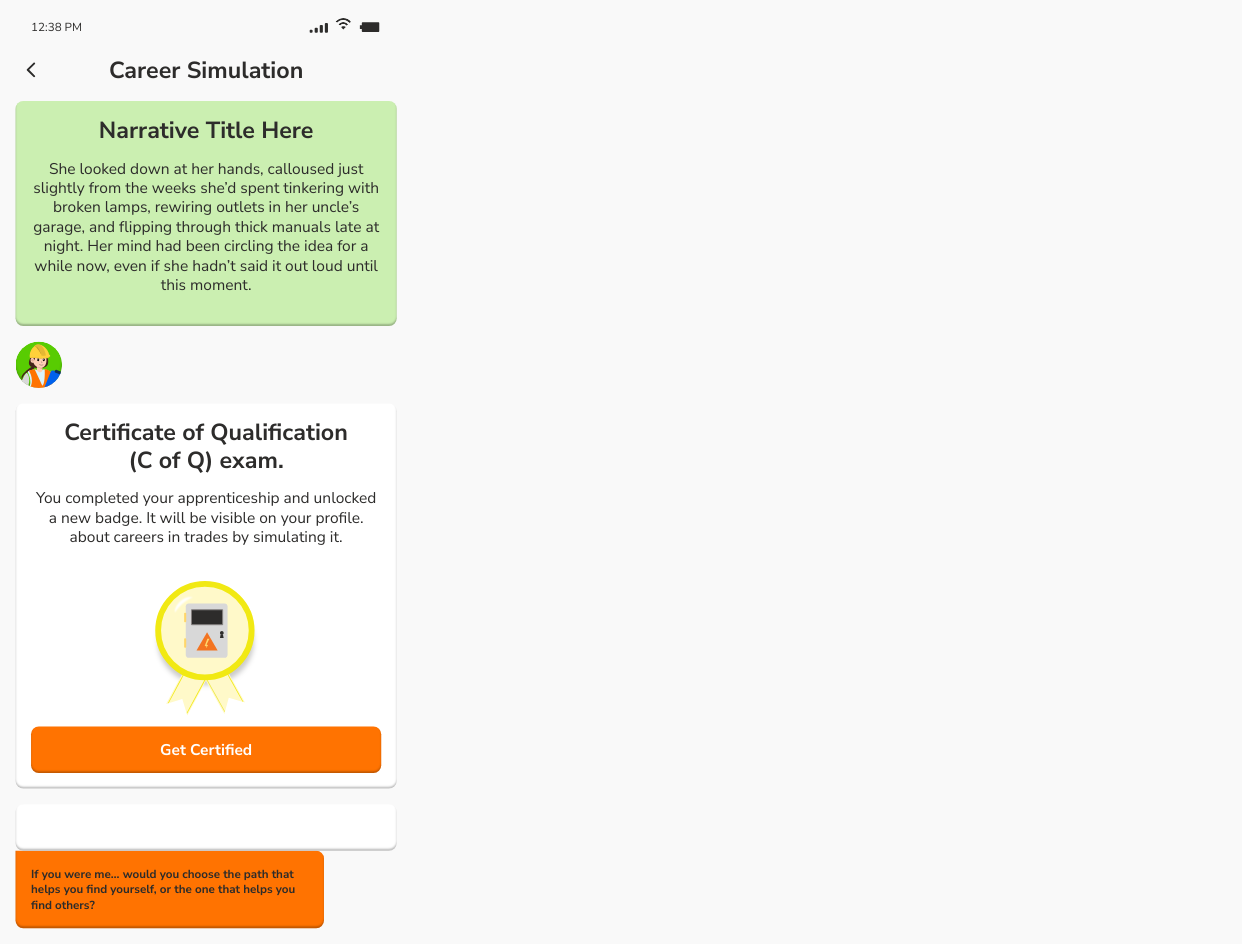
Repository: daniel-liu01/week10books
Page: /
These files come from the project's save history. The page is drawn as it stood at one moment and after the next save; the edit follows.
The browser window is 1280 px wide. The pictures show the whole page, at 97% of full size.
The project was rebuilt for these pictures with package versions that can differ from the ones it lists, and the page was loaded fresh each time. Also part of the build but not shown: vite.config.js, vite.config.ts, src/App.css, app/Simulation/Simulation.module.css, components/InfoModal/InfoModal.module.css, components/InfoModal/InfoModal.jsx, app/Simulation/Simulation.jsx.

Above is the page before, as saved 2025-10-22 12:55:08.

### index.html
<!DOCTYPE html>
<html lang="en">
    <head>
        <meta charset="UTF-8" />
        <link
            rel="icon"
            type="image/svg+xml"
            href="/vite.svg" />
        <meta
            name="viewport"
            content="width=device-width, initial-scale=1.0" />
        <title>frontend</title>
        <link
            rel="preconnect"
            href="https://fonts.googleapis.com" />
        <link
            rel="preconnect"
            href="https://fonts.gstatic.com"
            crossorigin />
        <link
            href="https://fonts.googleapis.com/css2?family=Nunito+Sans:ital,opsz,wght@0,6..12,200..1000;1,6..12,200..1000&display=swap"
            rel="stylesheet" />
    </head>
    <body>
        <div id="root"></div>
        <script
            type="module"
            src="/src/main.jsx"></script>
    </body>
</html>

### src/index.css
/* ------------------------------------------------------ GENERAL STYLES ------------------------------------------------------ */
*,
*::before,
*::after {
    box-sizing: inherit;
}

html,
body {
    font-family: var(--font-family);
    box-sizing: border-box;
    background-color: var(--offwhite-500);
}

body {
    width: 393px;
    min-height: 100vh;
    margin: 16px;
    display: flex;
    flex-direction: column;
    gap: var(--space-large);
}

html {
    display: flex;
    align-items: flex-start;
}

/* ------------------------------------------------------ VARIABLES ------------------------------------------------------ */
:root {
    /* ----- COLORS ----- */
    --primary-50: #fff1e6;
    --primary-100: #ffd4b0;
    --primary-200: #ffbf8a;
    --primary-300: #ffa155;
    --primary-400: #ff8f34;
    --primary-500: #ff7301;
    --primary-600: #e86901;
    --primary-700: #b55201;
    --primary-800: #8c3f01;
    --primary-900: #6b3000;

    --secondary-50: #eefae6;
    --secondary-100: #cbefb1;
    --secondary-200: #b2e88b;
    --secondary-300: #8fdd55;
    --secondary-400: #79d635;
    --secondary-500: #58cc02;
    --secondary-600: #50ba02;
    --secondary-700: #3e9101;
    --secondary-800: #307001;
    --secondary-900: #255601;

    /* -- neutral colors -- */

    --offwhite-500: #f9f9f9;
    --white: #ffffff;
    --black-50: #eaeaea;
    --black-100: #bebebd;
    --black-200: #9e9e9d;
    --black-300: #727271;
    --black-400: #575655;
    --black-500: #2d2c2b;

    /* ----- TYPE ----- */
    --font-family: "Nunito Sans", sans-serif;

    --font-size-extra-large: 88px;
    --font-size-large: 30px;
    --font-size-extra-medium: 24px;
    --font-size-medium: 20px;
    --font-size-regular: 16px;
    --font-size-small: 12px;
    --font-size-extra-small: 10px;

    --font-style-normal: normal;
    --font-weight-bold: bold;

    --line-height-xxlarge: 100px;
    --line-height-large: 36px;
    --line-height-medium: 28px;
    --line-height-small: 20px;

    /* ----- SPACING ----- */
    --space-extra-small: 4px;
    --space-small: 8px;
    --space-regular: 16px;
    --space-medium: 32px;
    --space-large: 48px;
    --space-extra-large: 140px;

    /* ----- Inner shadow ----- */
    --inner-shadow: 0 -2px 2px 0 rgba(0, 0, 0, 0.25);
}

### src/App.jsx
import { useState } from "react";
import { BrowserRouter as Router, Routes, Route } from "react-router-dom";
import "./App.css";

import Simulation from "../app/Simulation/Simulation";
import SimulationChat from "../app/SimulationChat/SimulationChat";
import TextBubble from "../components/TextBubble/TextBubble";

function App() {
    return (
        <div>
            <SimulationChat />
            <TextBubble
                textType='ai'
                text='If you were me… would you choose the path that helps you find yourself, or the one that helps you find others?'
            />
        </div>
    );
}

export default App;

### app/SimulationChat/SimulationChat.jsx
import styles from "./SimulationChat.module.css";
import StatusBar from "../../components/StatusBar/StatusBar";
import HeadingBar from "../../components/HeadingBar/HeadingBar";
import PopUp from "../../components/PopUp/PopUp";
import NarrativeBox from "../../components/NarrativeBox/NarrativeBox";
import AnnaAvatar from "../../components/AnnaAvatar/AnnaAvatar";
import Menu from "../../components/Menu/Menu";

function SimulationChat() {
    return (
        <div className={styles.container}>
            <StatusBar />
            <HeadingBar />
            <NarrativeBox
                title='Narrative Title Here'
                description='She looked down at her hands, calloused just slightly from the weeks she’d spent tinkering with broken lamps, rewiring outlets in her uncle’s garage, and flipping through thick manuals late at night. Her mind had been circling the idea for a while now, even if she hadn’t said it out loud until this moment.'
            />
            <AnnaAvatar />
            <PopUp />
            <Menu />
        </div>
    );
}

export default SimulationChat;

### components/TextBubble/TextBubble.jsx
import styles from "./TextBubble.module.css";

export default function TextBubble({ textType, text }) {
    if (textType === "ai") {
        return (
            <div className={styles.containerAi}>
                <p className={styles.textAi}>{text}</p>
            </div>
        );
    }
    return (
        <>
            <div className={styles.containerUser}>
                <p className={styles.textUser}>{text}</p>
            </div>
        </>
    );
}

### components/StatusBar/StatusBar.jsx
import styles from "./StatusBar.module.css";
import Hour from "../Hour/Hour";

const StatusBar = () => {
    return (
        <div className={styles.container}>
            <Hour />
            <div className={styles.right}>
                <svg
                    className={styles.icon}
                    width='20'
                    height='11'
                    viewBox='0 0 20 11'
                    fill='none'
                    xmlns='http://www.w3.org/2000/svg'>
                    <rect
                        x='15.8765'
                        y='0.600098'
                        width='3.23284'
                        height='10.2222'
                        rx='1.02778'
                    />
                    <rect
                        x='10.6338'
                        y='2.64453'
                        width='3.23284'
                        height='8.17778'
                        rx='1.02778'
                    />
                    <rect
                        x='5.3916'
                        y='5.71094'
                        width='3.23284'
                        height='5.11111'
                        rx='1.02778'
                    />
                    <rect
                        x='0.0327148'
                        y='7.75537'
                        width='3.23284'
                        height='3.06667'
                        rx='1.02778'
                    />
                </svg>

                <svg
                    className={styles.icon}
                    width='22'
                    height='20'
                    viewBox='0 0 22 20'
                    fill='none'
                    xmlns='http://www.w3.org/2000/svg'>
                    <mask
                        id='path-1-inside-1_2157_1042'
                        fill='white'>
                        <path d='M15.9006 7.3897C15.3805 6.57002 14.6486 5.88977 13.7741 5.41333C12.8995 4.93689 11.9113 4.68001 10.9029 4.66702C9.89445 4.65403 8.89922 4.88535 8.01135 5.33908C7.12349 5.79281 6.37237 6.45396 5.82907 7.25994L7.69376 8.391C8.03417 7.88601 8.50479 7.47176 9.06109 7.18747C9.6174 6.90317 10.241 6.75824 10.8728 6.76638C11.5046 6.77452 12.1238 6.93547 12.6718 7.23399C13.2197 7.53251 13.6783 7.95873 14.0042 8.47231L15.9006 7.3897Z' />
                    </mask>
                    <path
                        d='M15.9006 7.3897C15.3805 6.57002 14.6486 5.88977 13.7741 5.41333C12.8995 4.93689 11.9113 4.68001 10.9029 4.66702C9.89445 4.65403 8.89922 4.88535 8.01135 5.33908C7.12349 5.79281 6.37237 6.45396 5.82907 7.25994L7.69376 8.391C8.03417 7.88601 8.50479 7.47176 9.06109 7.18747C9.6174 6.90317 10.241 6.75824 10.8728 6.76638C11.5046 6.77452 12.1238 6.93547 12.6718 7.23399C13.2197 7.53251 13.6783 7.95873 14.0042 8.47231L15.9006 7.3897Z'
                        strokeWidth='4.11111'
                        mask='url(#path-1-inside-1_2157_1042)'
                    />
                    <mask
                        id='path-2-inside-2_2157_1042'
                        fill='white'>
                        <path d='M19.0832 4.55309C18.1524 3.34672 16.9405 2.3605 15.542 1.67127C14.1435 0.982029 12.5961 0.608389 11.0204 0.579456C9.4447 0.550522 7.88323 0.867077 6.45765 1.50446C5.03207 2.14184 3.78086 3.08283 2.80152 4.25413L4.5268 5.55219C5.29548 4.63284 6.27755 3.89425 7.39649 3.39397C8.51543 2.8937 9.74102 2.64523 10.9778 2.66794C12.2145 2.69065 13.4291 2.98392 14.5268 3.5249C15.6245 4.06588 16.5757 4.83997 17.3063 5.78684L19.0832 4.55309Z' />
                    </mask>
                    <path
                        d='M19.0832 4.55309C18.1524 3.34672 16.9405 2.3605 15.542 1.67127C14.1435 0.982029 12.5961 0.608389 11.0204 0.579456C9.4447 0.550522 7.88323 0.867077 6.45765 1.50446C5.03207 2.14184 3.78086 3.08283 2.80152 4.25413L4.5268 5.55219C5.29548 4.63284 6.27755 3.89425 7.39649 3.39397C8.51543 2.8937 9.74102 2.64523 10.9778 2.66794C12.2145 2.69065 13.4291 2.98392 14.5268 3.5249C15.6245 4.06588 16.5757 4.83997 17.3063 5.78684L19.0832 4.55309Z'
                        strokeWidth='4.11111'
                        mask='url(#path-2-inside-2_2157_1042)'
                    />
                    <path d='M13.5162 9.77759L10.8222 12.3331L8.66699 9.77759L9.23963 9.50599C10.2507 9.02643 11.4136 8.97977 12.4599 9.37676L13.5162 9.77759Z' />
                </svg>

                <svg
                    className={styles.icon}
                    width='24'
                    height='24'
                    viewBox='0 0 24 24'
                    fill='none'
                    xmlns='http://www.w3.org/2000/svg'>
                    <path d='M5 17C4.71667 17 4.47917 16.9042 4.2875 16.7125C4.09583 16.5208 4 16.2833 4 16V14H2V10H4V8C4 7.71667 4.09583 7.47917 4.2875 7.2875C4.47917 7.09583 4.71667 7 5 7H21C21.2833 7 21.5208 7.09583 21.7125 7.2875C21.9042 7.47917 22 7.71667 22 8V16C22 16.2833 21.9042 16.5208 21.7125 16.7125C21.5208 16.9042 21.2833 17 21 17H5Z' />
                </svg>
            </div>
        </div>
    );
};

export default StatusBar;

### components/HeadingBar/HeadingBar.jsx
import styles from "./HeadingBar.module.css";
import ArrowBack from "../ArrowBack/ArrowBack";

function HeadingBar() {
    return (
        <div className={styles.heading_container}>
            <ArrowBack />
            <h1 className={styles.heading_pageTitle}>Career Simulation</h1>
            <div className={styles.heading_placeholder}></div>
        </div>
    );
}

export default HeadingBar;

### components/Card/Card.jsx
import styles from "./Card.module.css";
import Button from "../../components/Button/Button";

function Card({
    image,
    title,
    description,
    type,
    valueOfButton,
    typeOfButton,
    sizeOfButton,
}) {
    return (
        <>
            {type === "regular" && (
                <div className={styles.container}>
                    <div className={styles.content}>
                        <h3 className={styles.title}>{title}</h3>
                        <p className={styles.description}>{description}</p>
                    </div>
                    {image && (
                        <div className={styles.image_wrapper}>
                            <img
                                src={image}
                                alt={title}
                                className={styles.image}
                            />
                        </div>
                    )}
                </div>
            )}
            {type === "button" && (
                <div className={styles.container}>
                    <div className={styles.content}>
                        <h3 className={styles.title}>{title}</h3>
                        <p className={styles.description}>{description}</p>
                    </div>
                    {image && (
                        <div className={styles.image_wrapper}>
                            <img
                                src={image}
                                alt={title}
                                className={styles.image}
                            />
                        </div>
                    )}
                    <Button
                        type={typeOfButton}
                        size={sizeOfButton}
                        value={valueOfButton}
                        onClick={() => console.log("clicked")}
                        isDisabled={false}
                    />
                </div>
            )}
        </>
    );
}

export default Card;

### components/Button/Button.jsx
import styles from "./Button.module.css";

function Button({
    type = "primary",
    isDisabled = false,
    size = "default",
    value,
    onClick,
}) {
    let buttonClass = styles.button;

    if (type === "primary") buttonClass += ` ${styles.primary}`;
    if (type === "secondary") buttonClass += ` ${styles.secondary}`;
    if (type === "terciary") buttonClass += ` ${styles.terciary}`;
    if (type === "warning") buttonClass += ` ${styles.error}`;
    if (size === "small") buttonClass += ` ${styles.small}`;
    if (size === "large") buttonClass += ` ${styles.large}`;
    if (isDisabled) buttonClass += ` ${styles.disabled}`;

    return (
        <input
            type='button'
            className={buttonClass}
            value={value}
            onClick={onClick}
            disabled={isDisabled}
        />
    );
}

export default Button;

### components/Menu/Menu.jsx
import styles from "./Menu.module.css";

function Menu() {
    return <div className={styles.container}></div>;
}

export default Menu;

### app/SimulationChat/SimulationChat.module.css
.container {
    display: flex;
    flex-direction: column;
    gap: var(--space-regular);
}

### components/PopUp/PopUp.jsx
import Card from "../../components/Card/Card";

function PopUp() {
    return (
        <div>
            <Card
                title={
                    <>
                        Certificate of Qualification <br /> (C of Q) exam.
                    </>
                }
                description={
                    <>
                        You completed your apprenticeship and unlocked
                        <br />a new badge. It will be visible on your profile.
                        about careers in trades by simulating it.
                    </>
                }
                image='/Electrician.svg'
                type='button'
                valueOfButton='Get Certified'
                typeOfButton='primary'
                sizeOfButton='large'
            />
        </div>
    );
}

export default PopUp;

### components/NarrativeBox/NarrativeBox.jsx
import styles from "./NarrativeBox.module.css";

function NarrativeBox({ title, description }) {
    return (
        <div className={styles.container}>
            <div className={styles.content}>
                <h3 className={styles.title}>{title}</h3>
                <p className={styles.description}>{description}</p>
            </div>
        </div>
    );
}

export default NarrativeBox;

### components/AnnaAvatar/AnnaAvatar.jsx
import styles from "./AnnaAvatar.module.css";

function AnnaAvatar() {
    return (
        <img
            className={styles.image}
            src='AnnaAvatar.svg'
            alt='Anna Avatar'
        />
    );
}

export default AnnaAvatar;

### components/TextBubble/TextBubble.module.css
.containerAi,
.containerUser {
    border-top-right-radius: var(--space-small);
    border-bottom-right-radius: var(--space-small);
    border-bottom-left-radius: var(--space-small);
    padding: var(--space-regular);
    display: flex;
    align-items: center;
    box-shadow: var(--inner-shadow) inset;
}

.containerAi {
    background-color: var(--black-50);
    width: 318px;
    height: 80px;
}

.textAi {
    color: var(--black-500);
    font-size: var(--font-size-small);
    font-weight: var(--font-weight-bold);
}

.containerAi {
    background-color: var(--primary-500);
    width: 318px;
    height: 80px;
}

.textUser {
    color: var(--white);
    font-size: var(--font-size-small);
    font-weight: var(--font-weight-bold);
}

### components/StatusBar/StatusBar.module.css
.container {
    display: flex;
    flex-direction: row;
    align-items: center;
    justify-content: space-between;
    width: 393px;
    padding: 0 var(--space-regular);
    margin: 0;
}

.right {
    display: flex;
    align-items: center;
    gap: var(--space-extra-small);
}

.icon {
    fill: var(--black-500);
}

### components/Hour/Hour.jsx
"use client";
import { useEffect, useState } from "react";
import styles from "./Hour.module.css";

const Hour = () => {
    const [currentTime, setCurrentTime] = useState(new Date());

    useEffect(() => {
        const timer = setInterval(() => {
            setCurrentTime(new Date());
        }, 1000);

        return () => clearInterval(timer);
    }, []);

    const formattedTime = currentTime.toLocaleTimeString("en-US", {
        hour: "2-digit",
        minute: "2-digit",
        hour12: true,
    });

    return <div className={styles.hour}>{formattedTime}</div>;
};

export default Hour;

### components/HeadingBar/HeadingBar.module.css
.heading_container {
    width: 100%;
    display: flex;
    align-items: center;
    justify-content: space-between;
    gap: var(--space-small);
    margin: 0;
    padding: 0;
}

.heading_pageTitle {
    font-weight: var(--font-weight-bold);
    font-size: var(--font-size-extra-medium);
    margin: 0;
    line-height: 1;
    color: var(--black-500);
}

.heading_placeholder {
    width: var(--space-medium);
    height: var(--space-medium);
    visibility: hidden;
}

### components/ArrowBack/ArrowBack.jsx
import styles from "./ArrowBack.module.css";

function ArrowBack() {
    return (
        <div className={styles.arrow_container}>
            <svg
                className={styles.arrow_icon}
                xmlns='http://www.w3.org/2000/svg'
                width='16'
                height='16'
                viewBox='0 0 12 20'
                fill='none'>
                <path
                    d='M10.7071 19.2929C10.3166 19.6834 9.68342 19.6834 9.29289 19.2929L0.707106 10.7071C0.316582 10.3166 0.316583 9.68342 0.707107 9.29289L9.29289 0.707106C9.68342 0.316582 10.3166 0.316582 10.7071 0.707107L11.0679 1.06789C11.4584 1.45842 11.4584 2.09158 11.0679 2.48211L3.55 10L11.0679 17.5179C11.4584 17.9084 11.4584 18.5416 11.0679 18.9321L10.7071 19.2929Z'
                    fill='currentColor'
                />
            </svg>
        </div>
    );
}

export default ArrowBack;

### components/Card/Card.module.css
.container {
    display: flex;
    flex-direction: column;
    justify-content: space-between;
    align-items: center;
    border-radius: var(--space-small);
    background: var(--white);
    box-shadow: var(--inner-shadow) inset;
    padding: var(--space-regular);
}

.content {
    display: flex;
    flex-direction: column;
    justify-content: space-between;
    align-items: center;
    font-family: var(--font-family);
    color: var(--black-500);
    text-align: center;
    gap: var(--space-regular);
}

.title {
    font-size: var(--font-size-extra-medium);
    font-weight: var(--font-weight-bold);
    line-height: var(--line-height-medium);
    margin: 0;
}

.description {
    font-size: var(--font-size-regular);
    line-height: var(--line-height-small);
    margin: 0;
    margin-bottom: var(--space-regular);
}

.image_wrapper {
}

.image {
}

### components/Button/Button.module.css
.button {
    display: block;
    width: 361px;
    height: var(--space-large);
    line-height: var(--line-height-large);
    text-align: center;

    font-family: var(--font-family);
    font-size: var(--font-size-regular);
    font-weight: var(--font-weight-bold);

    padding: 0 var(--space-regular);
    margin: 0;
    border-radius: var(--space-small);
    border: none;
    box-shadow: var(--inner-shadow) inset;
    cursor: pointer;
    transition: background-color 0.2s ease-in-out, color 0.2s ease-in-out;
}

.button:hover {
    background-color: var(--primary-700);
    color: var(--white);
}

.primary {
    background-color: var(--primary-500);
    color: var(--white);
}

.large {
    width: 100%;
    height: var(--space-large);
}

### components/Menu/Menu.module.css
.container {
    display: flex;
    width: 100%;
    height: var(--space-large);
    justify-content: center;
    align-items: center;
    gap: var(--space-medium);
    border-radius: var(--space-small);
    background: var(--white);
    box-shadow: var(--inner-shadow) inset;
}

### components/NarrativeBox/NarrativeBox.module.css
.container {
    display: flex;
    flex-direction: column;
    justify-content: space-between;
    align-items: center;
    border-radius: var(--space-small);
    background: var(--secondary-100);
    box-shadow: var(--inner-shadow) inset;
    padding: var(--space-regular);
}

.content {
    display: flex;
    flex-direction: column;
    justify-content: space-between;
    align-items: center;
    font-family: var(--font-family);
    color: var(--black-500);
    text-align: center;
    gap: var(--space-regular);
}

.title {
    font-size: var(--font-size-extra-medium);
    font-weight: var(--font-weight-bold);
    line-height: var(--line-height-medium);
    margin: 0;
}

.description {
    font-size: var(--font-size-regular);
    line-height: var(--line-height-small);
    margin: 0;
    margin-bottom: var(--space-regular);
}

### components/AnnaAvatar/AnnaAvatar.module.css
.image {
    width: var(--space-large);
}

### components/Hour/Hour.module.css
.hour {
    color: var(--black-500);
    font-family: var(--font-family);
    font-size: var(--font-size-small);
}

### components/ArrowBack/ArrowBack.module.css
.arrow_container {
    display: inline-flex;
    align-items: center;
    justify-content: center;
    background: none;
    border: none;
    cursor: pointer;
    padding: 0;
    width: var(--space-medium);
    height: var(--space-medium);
}

.arrow_icon {
    color: var(--black-500);
    width: var(--space-regular);
    height: var(--space-regular);
}

.arrow_container:hover .arrow_icon {
    color: var(--primary-500);
}

Loaded but not shown: src/main.jsx (common file)

After the next save:
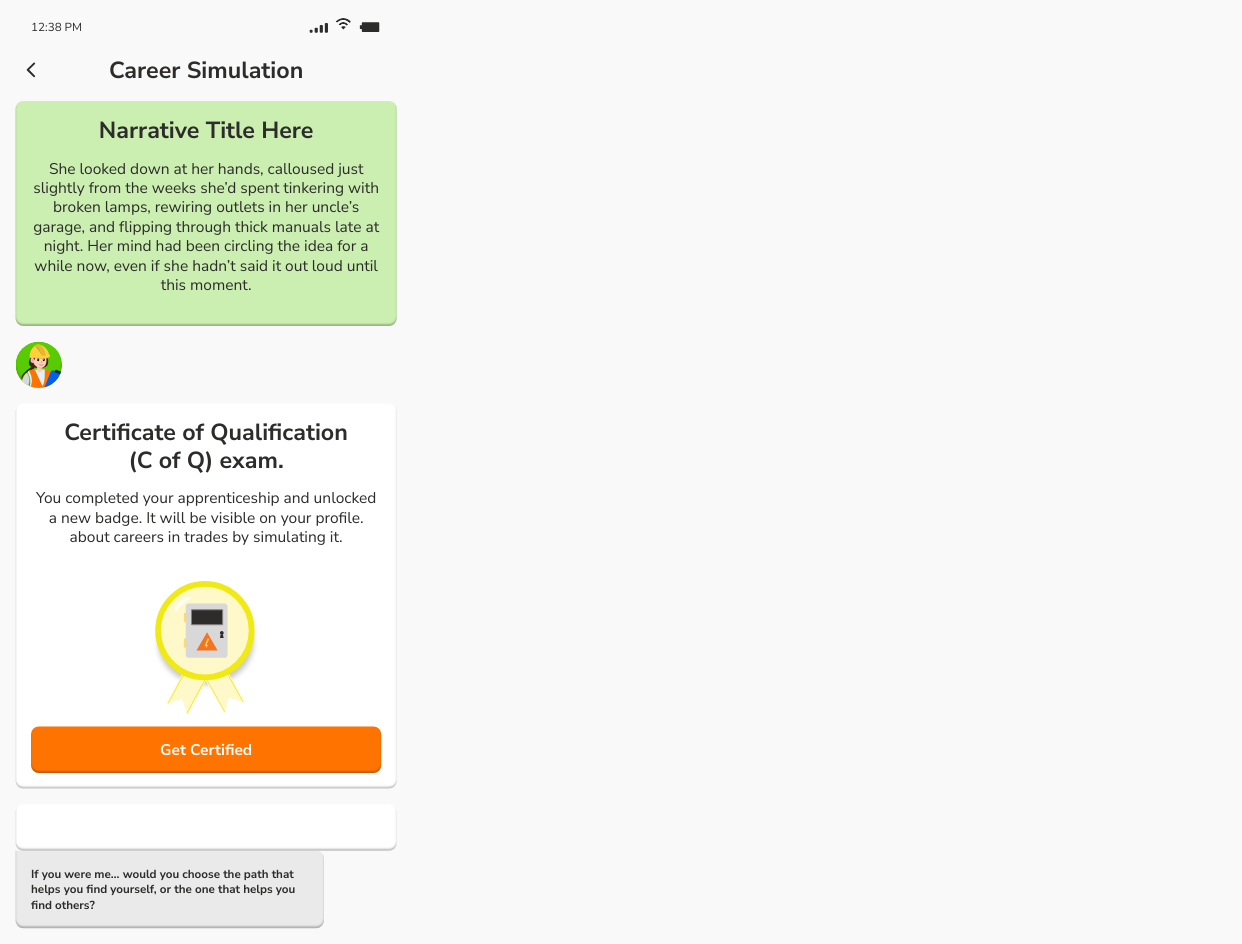
Saved 6 s later.
--- a/components/TextBubble/TextBubble.module.css
+++ b/components/TextBubble/TextBubble.module.css
@@ -21,7 +21,7 @@
     font-weight: var(--font-weight-bold);
 }
 
-.containerAi {
+.containerUser {
     background-color: var(--primary-500);
     width: 318px;
     height: 80px;
